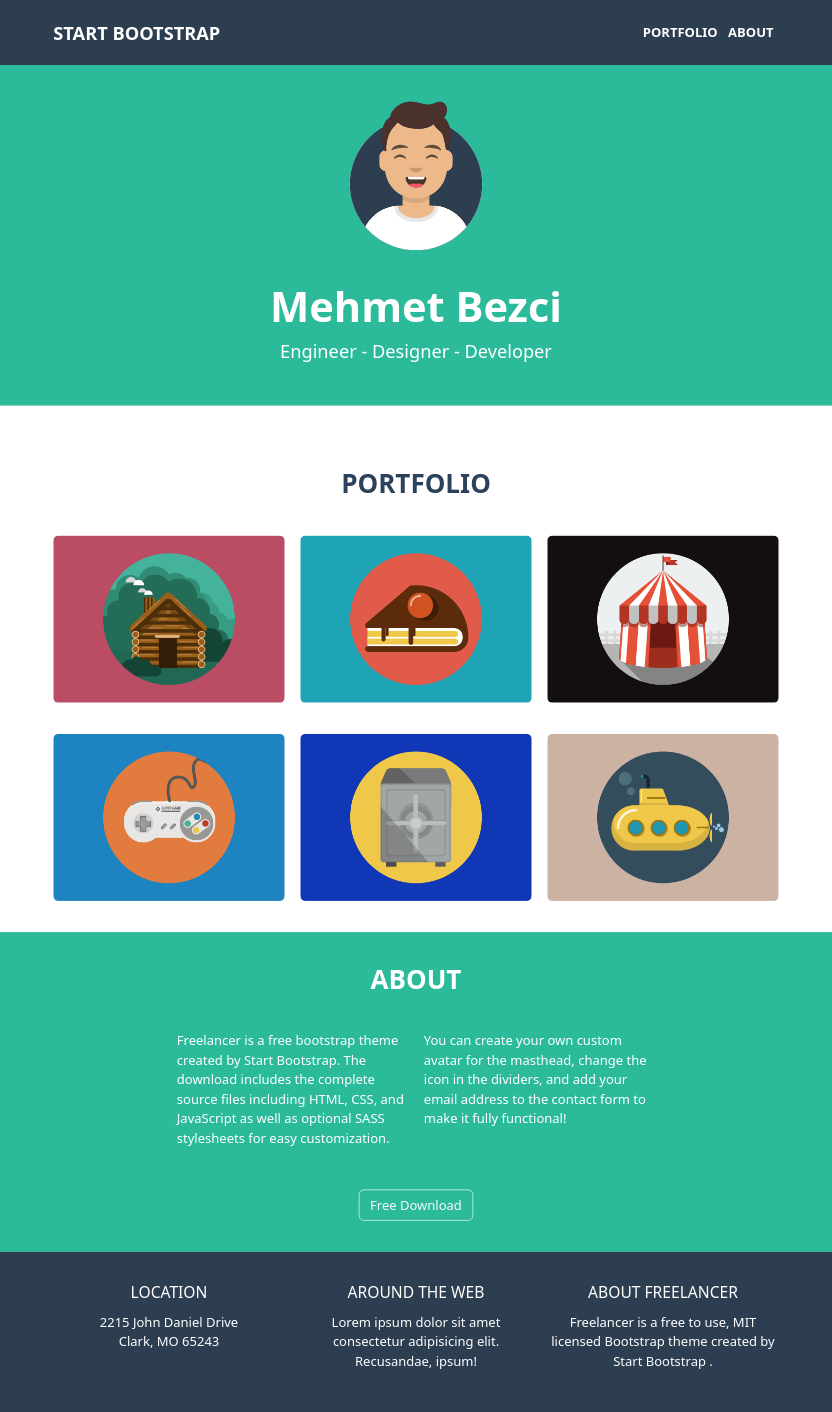
Repository: 7JaxeN7/WT-1255P-Mehmet_BEZC-
Page: index.html
The author's editor kept a copy of each file at every save. The page is drawn from the files as they stood at one save, then again after the next save.
The browser window is 1280 px wide. The pictures show the whole page, at 65% of full size.

Above is the page before, as saved 2025-01-07 00:45:42.

### index.html
<!DOCTYPE html>
<html lang="tr">

<head>
  <meta charset="UTF-8">
  <meta name="viewport" content="width=device-width, initial-scale=1.0">
  <link rel="stylesheet" href="style.css">
  <link href="https://cdn.jsdelivr.net/npm/bootstrap@5.3.3/dist/css/bootstrap.min.css" rel="stylesheet"
    integrity="sha384-QWTKZyjpPEjISv5WaRU9OFeRpok6YctnYmDr5pNlyT2bRjXh0JMhjY6hW+ALEwIH" crossorigin="anonymous">
  <title>Start Bootstrap</title>
</head>

<body>
  <!-- Navbar -->
  <header>
    <nav class="navbar navbar-expand-lg navbar-bg">
      <div class="container pt-3 pb-3">
        <a class="navbar-brand text-white fw-bolder fs-3" href="#">START BOOTSTRAP</a>
        <button class="navbar-toggler" type="button" data-bs-toggle="collapse" data-bs-target="#navbarNav"
          aria-controls="navbarNav" aria-expanded="false" aria-label="Toggle navigation">
          <span class="navbar-toggler-icon"></span>
        </button>
        <div class="collapse navbar-collapse" id="navbarNav">
          <ul class="navbar-nav ms-auto">
            <li class="nav-item">
              <a class="nav-link text-white fw-bolder fs-5" href="#">PORTFOLIO</a>
            </li>
            <li class="nav-item">
              <a class="nav-link text-white fw-bolder fs-5" href="#">ABOUT</a>
            </li>
          </ul>
        </div>
      </div>
    </nav>
  </header>
  <!-- Herosection -->
  <div class="herosection-bg pt-5 pb-5">
    <div class="container text-center">
      <img src="/assets/img/avataaars.svg" width="20%" />
      <h1 class="mt-5 text-white fw-bolder display-3">Mehmet Bezci</h1>
      <p class="text-white fs-3">Engineer - Designer - Developer</p>
    </div>
  </div>
  <!-- Portfolio -->
  <div class="portfolio-section">
    <h2 class="text-center mt-5 pt-5 pb-5 fs-1 fw-semibold portfolio-tittle">PORTFOLIO</h2>
    <div class="container">
      <div class="row">
        <div class="col-12 col-md-6 col-lg-4 mb-5">
          <img src="/assets/img/cabin.png" class="img-fluid rounded-3">
        </div>
        <div class="col-12 col-md-6 col-lg-4 mb-5">
          <img src="/assets/img/cake.png" class="img-fluid rounded-3">
        </div>
        <div class="col-12 col-md-6 col-lg-4 mb-5">
          <img src="/assets/img/circus.png" class="img-fluid rounded-3">
        </div>
        <div class="col-12 col-md-6 col-lg-4 mb-5">
          <img src="/assets/img/game.png" class="img-fluid rounded-3">
        </div>
        <div class="col-12 col-md-6 col-lg-4 mb-5">
          <img src="/assets/img/safe.png" class="img-fluid rounded-3">
        </div>
        <div class="col-12 col-md-6 col-lg-4 mb-5">
          <img src="/assets/img/submarine.png" class="img-fluid rounded-3">
        </div>
      </div>
    </div>
  </div>
  <!-- About -->
  <div class="about-section">
    <div class="container">
      <h2 class="about-tittle fs-1 fw-semibold text-center pt-5 pb-5"> ABOUT</h2>
      <div class="row justify-content-center">
        <div class="col-lg-4 fs-5 text-white">
          <p>
            Freelancer is a free bootstrap theme created by Start Bootstrap. The download includes the complete source
            files including HTML, CSS, and JavaScript as well as optional SASS stylesheets for easy customization.
          </p>
        </div>
        <div class="col-lg-4 fs-5 text-white">
          <p>
            You can create your own custom avatar for the masthead, change the icon in the dividers, and add your email
            address to the contact form to make it fully functional!
          </p>
        </div>
      </div>
      <div class="d-flex justify-content-center">
        <button class="mt-5 mb-5 btn btn-outline-light btn-lg">Free Download</button>
      </div>
    </div>
  </div>
  <!-- Footer -->
  <footer>
    <div class="footer-section pt-5 pb-5">
      <div class="container">
        <div class="row">
          <div class="col-lg-4 text-center px-3">
            <h5 class="fs-4 text-white mb-3">LOCATION</h5>
            <p class="text-white fs-5 px-5">
              2215 John Daniel Drive Clark, MO 65243
            </p>
          </div>
          <div class="col-lg-4 text-center px-3">
            <h5 class="fs-4 text-white mb-3 text-uppercase">Around the Web</h5>
            <p class="text-white fs-5">
              Lorem ipsum dolor sit amet consectetur adipisicing elit. Recusandae, ipsum!
            </p>
          </div>
          <div class="col-lg-4 text-center px-3">
            <h5 class="fs-4 text-white mb-3 text-uppercase">About Freelancer</h5>
            <p class="text-white fs-5">
              Freelancer is a free to use, MIT licensed Bootstrap theme created by Start Bootstrap .
            </p>
          </div>
        </div>
      </div>
    </div>
  </footer>
  <!-- Burası bootstrap script kısmı -->
  <script src="https://cdn.jsdelivr.net/npm/bootstrap@5.3.3/dist/js/bootstrap.bundle.min.js"
    integrity="sha384-YvpcrYf0tY3lHB60NNkmXc5s9fDVZLESaAA55NDzOxhy9GkcIdslK1eN7N6jIeHz"
    crossorigin="anonymous"></script>
</body>

</html>

### style.css
.navbar-bg {
  background-color: #2d3e50 !important;
}
.herosection-bg{
    background-color: #2bbb9b ;
}
.portfolio-tittle{
    color: #2c425a;
}
.about-section{
    background-color: #2bbb9b ;
}
.about-tittle{
    color: #ffffff;
}
.footer-section{
    background-color: #2d3e50;
}

After the next save:
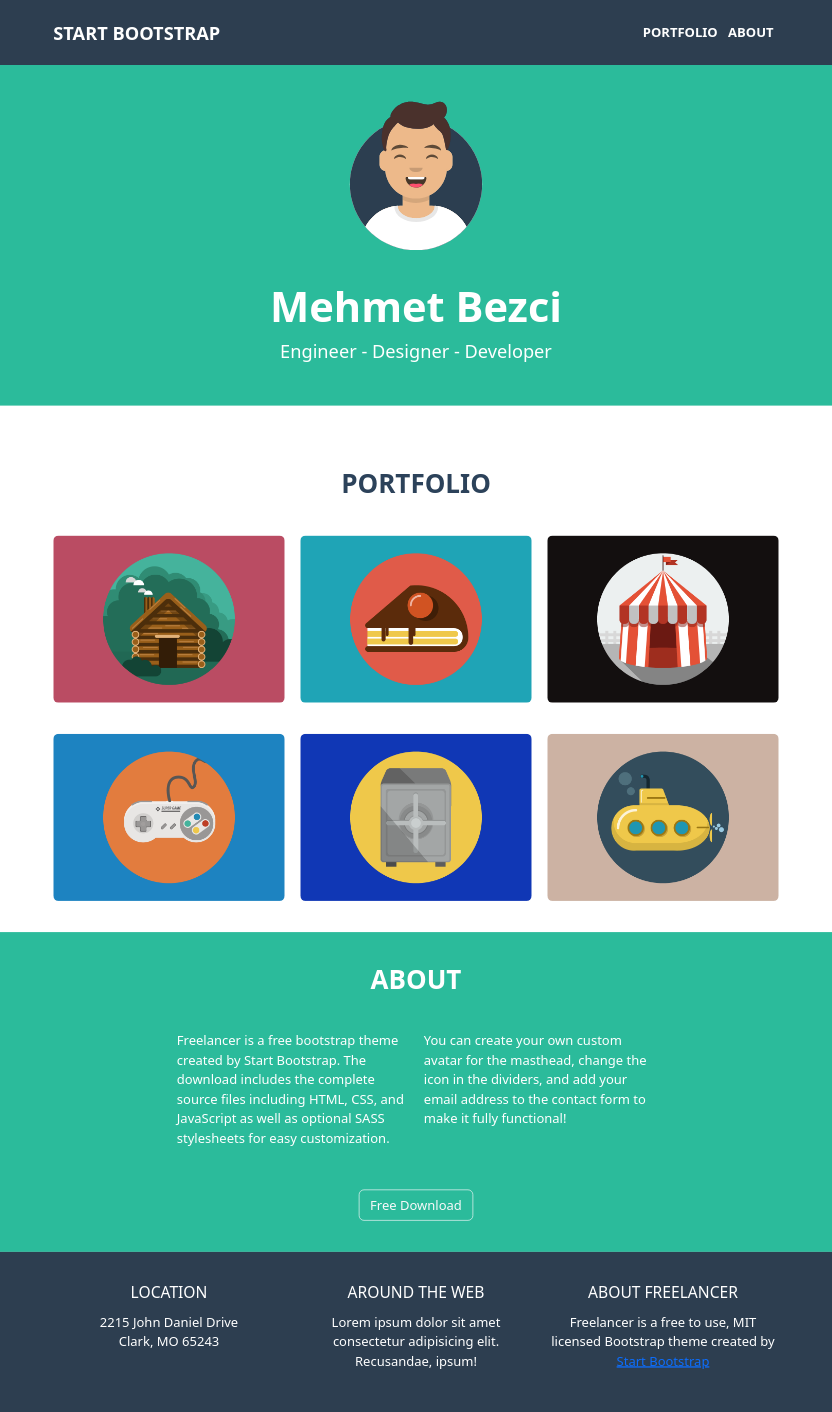
Saved 71 s later.
--- a/index.html
+++ b/index.html
@@ -110,7 +110,7 @@
           <div class="col-lg-4 text-center px-3">
             <h5 class="fs-4 text-white mb-3 text-uppercase">About Freelancer</h5>
             <p class="text-white fs-5">
-              Freelancer is a free to use, MIT licensed Bootstrap theme created by Start Bootstrap .
+              Freelancer is a free to use, MIT licensed Bootstrap theme created by <a class="" href="/"> Start Bootstrap</a>
             </p>
           </div>
         </div>
